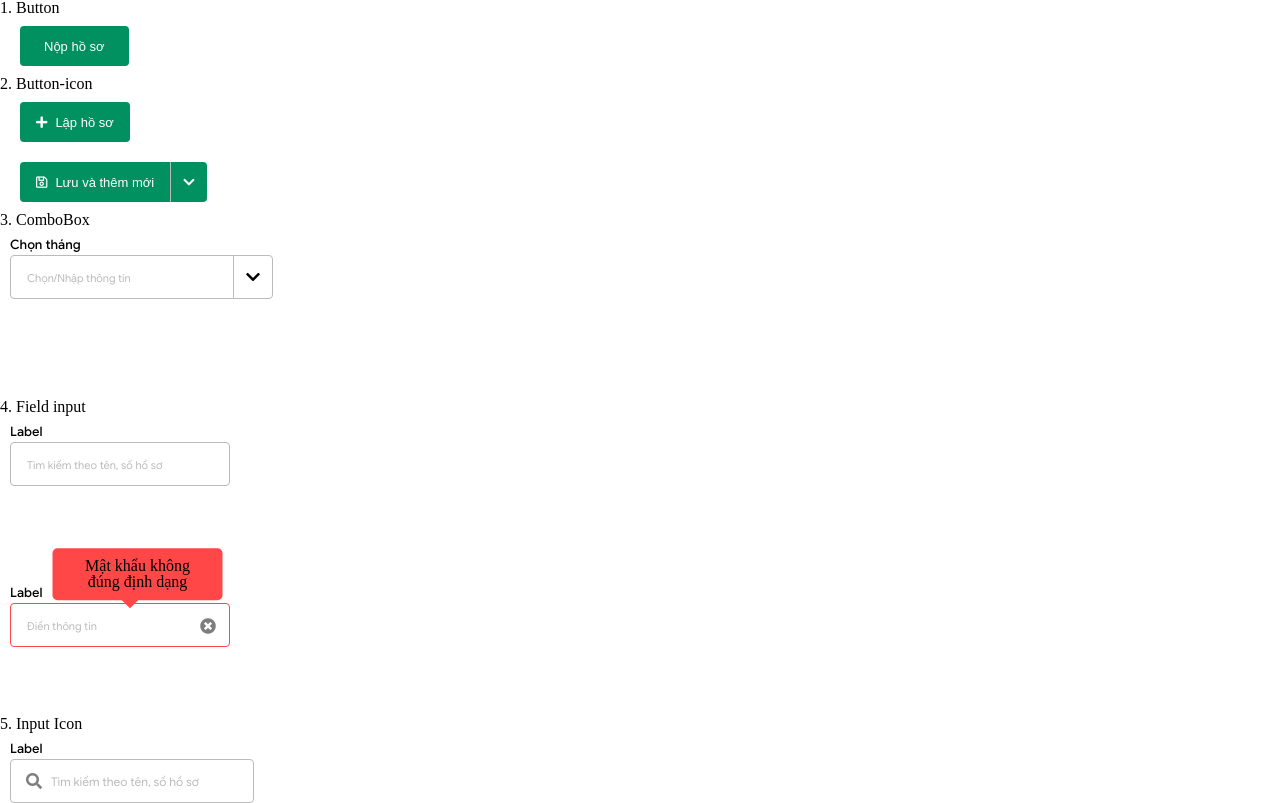
Repository: DAOVANLOI2K1/cukcuk_employeeGrid
Page: Page/index.html
The author's editor kept a copy of each file at every save. The page is drawn from the files as they stood at one save, then again after the next save.
The browser window is 1280 px wide. The pictures show the whole page.

Above is the page before, as saved 2022-06-28 10:23:38.

After the next save:
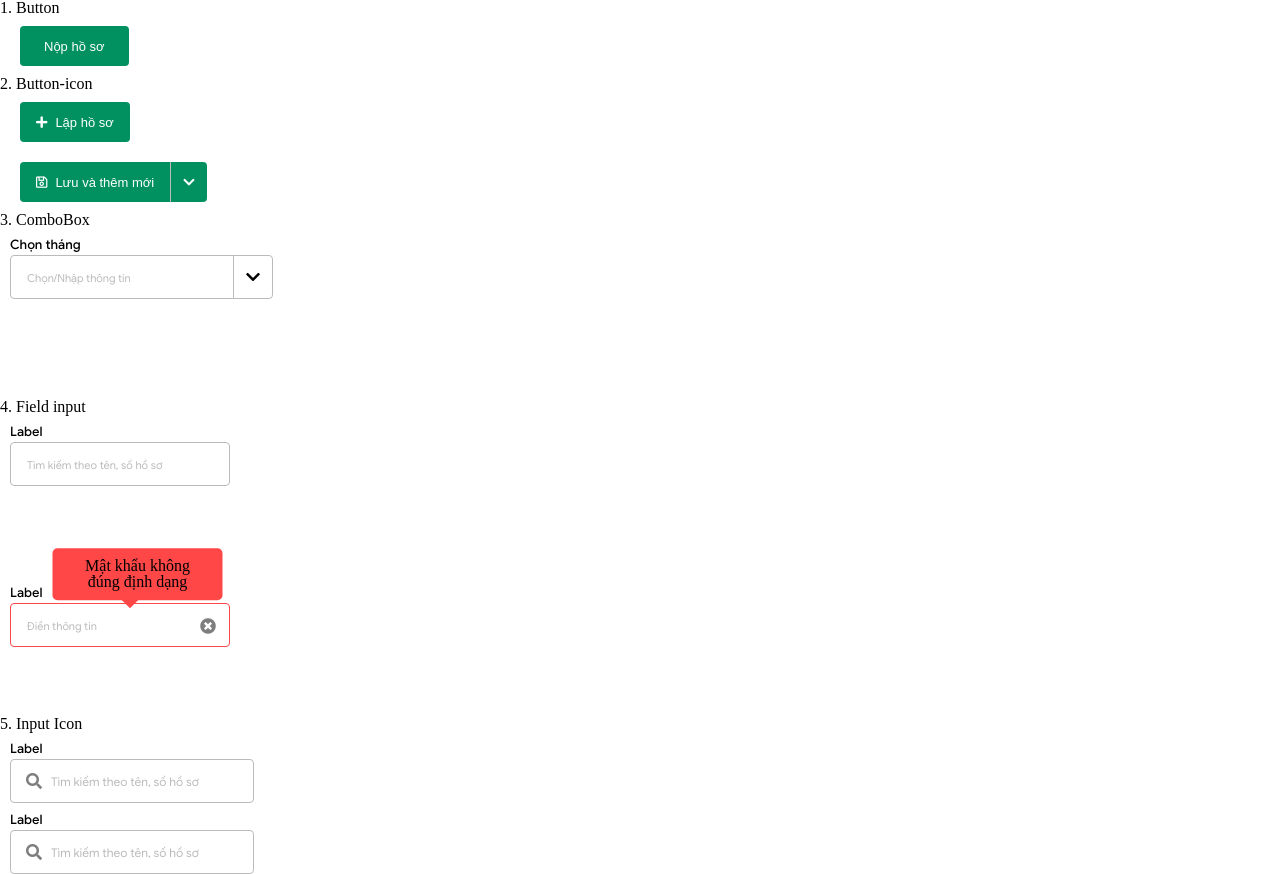
Saved 38 s later.
--- a/Page/index.html
+++ b/Page/index.html
@@ -59,6 +59,11 @@
         <input type="text" class="ms-input search_input" placeholder="Tìm kiếm theo tên, số hồ sơ">
         <i class="fas fa-search search_icon"></i>
     </div>
+    <div class="row" style="position: relative;">
+        <h3 class="label">Label</h3>
+        <input type="text" class="ms-input search_input" placeholder="Tìm kiếm theo tên, số hồ sơ">
+        <i class="fas fa-search search_icon"></i>
+    </div>
     <script src="../js/main.js"></script>
 </body>
 </html>
